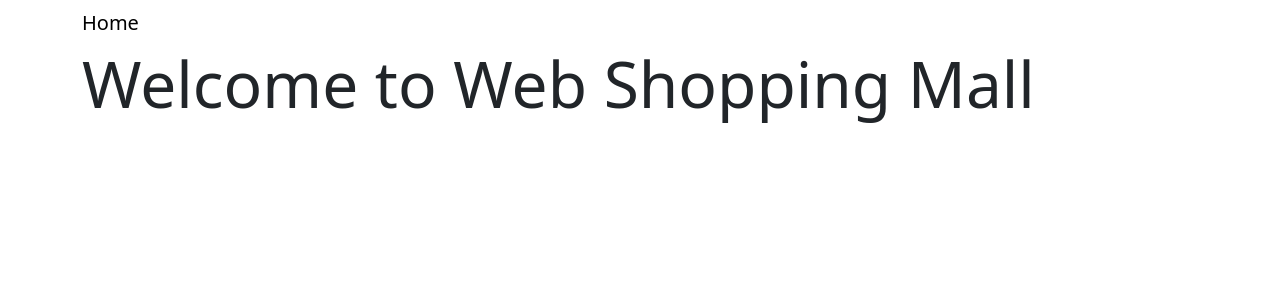
Repository: zhyuk/FullStackStudy
Page: http://localhost/jspfirst/05_01_welcome.jsp
The author's editor kept a copy of each file at every save. The page is drawn from the files as they stood at one save, then again after the next save.
The browser window is 1280 px wide. The pictures show the whole page.
The page is served by Tomcat 9.

Above is the page before, as saved 2024-08-26 04:10:40.

After the next save:
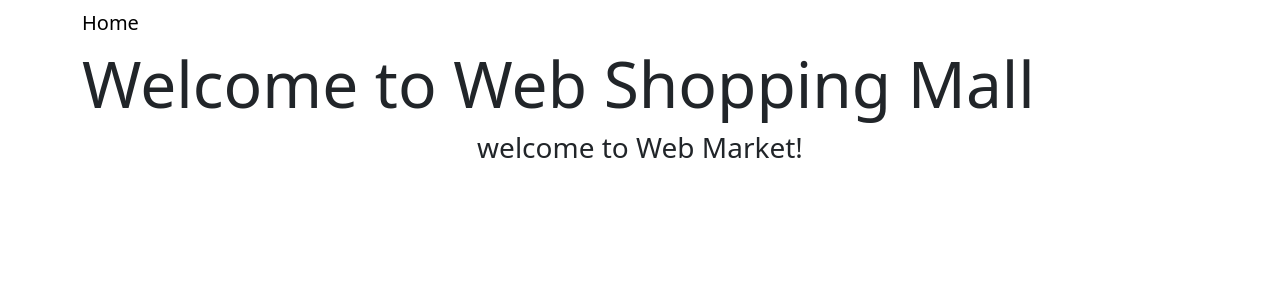
Saved 37 s later.
--- a/jsp/jspwork/jspfirst/src/main/webapp/05_01_welcome.jsp
+++ b/jsp/jspwork/jspfirst/src/main/webapp/05_01_welcome.jsp
@@ -26,5 +26,12 @@
 			</h1>
 		</div>
 	</div>
+	<div class="container">
+		<div class="text-center">
+			<h3>
+				<%= tagline %>
+			</h3>
+		</div>
+	</div>
 </body>
 </html>
